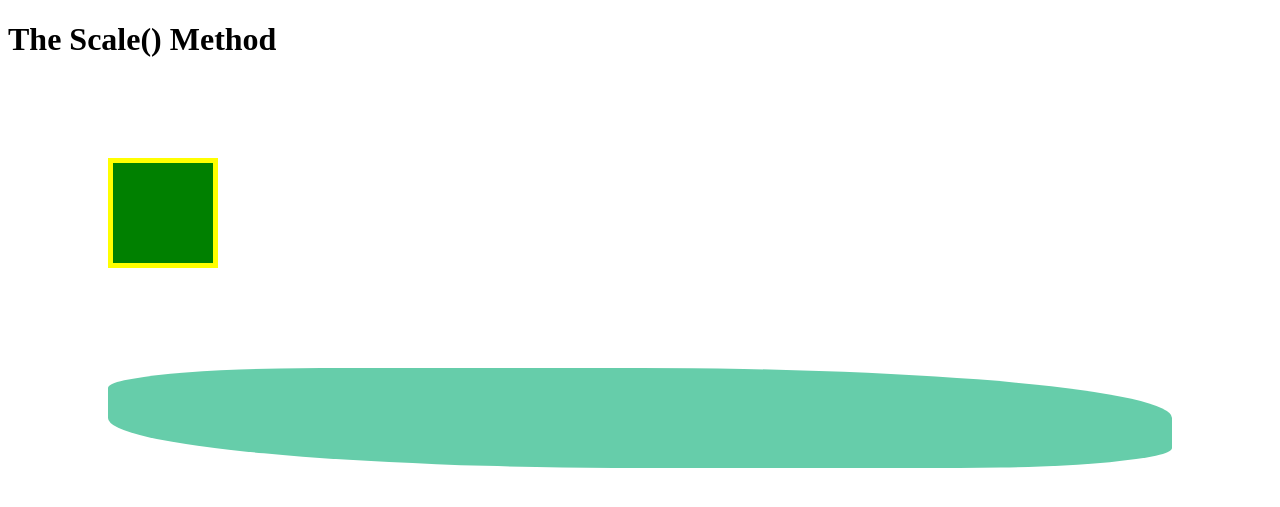
Repository: BhardwajMonika/core-java
Page: HTML2/WebContent/Scale.html
An editor plug-in stored every save of this project. The page is shown before and after the next save, followed by the edit.
The browser window is 1280 px wide. The pictures show the whole page.

Above is the page before, as saved 2019-02-27 10:20:39.

### HTML2/WebContent/Scale.html
<!DOCTYPE html>
<html>
<head>
<style type="text/css">
.square{
width:100px;
height:100px;
background-color:green;
border:5px solid Yellow;
margin:100px;
transition:transform 1s;
}

.square:hover{transform:scale(2);}

.droplet{
height:100px;
background-color:mediumaquamarine;
border-radius:20% 50%;
margin:100px;
transition:all 3s;
transition-timing:ease-in-out;
}

.droplet:hover{transform:rotateX(180deg);}
</style>
<meta charset="ISO-8859-1">
<title>Insert title here</title>
</head>
<body>
<h1>The Scale() Method</h1>
<div class="square"></div>
<div class="droplet"></div>
</body>
</html>

After the next save:
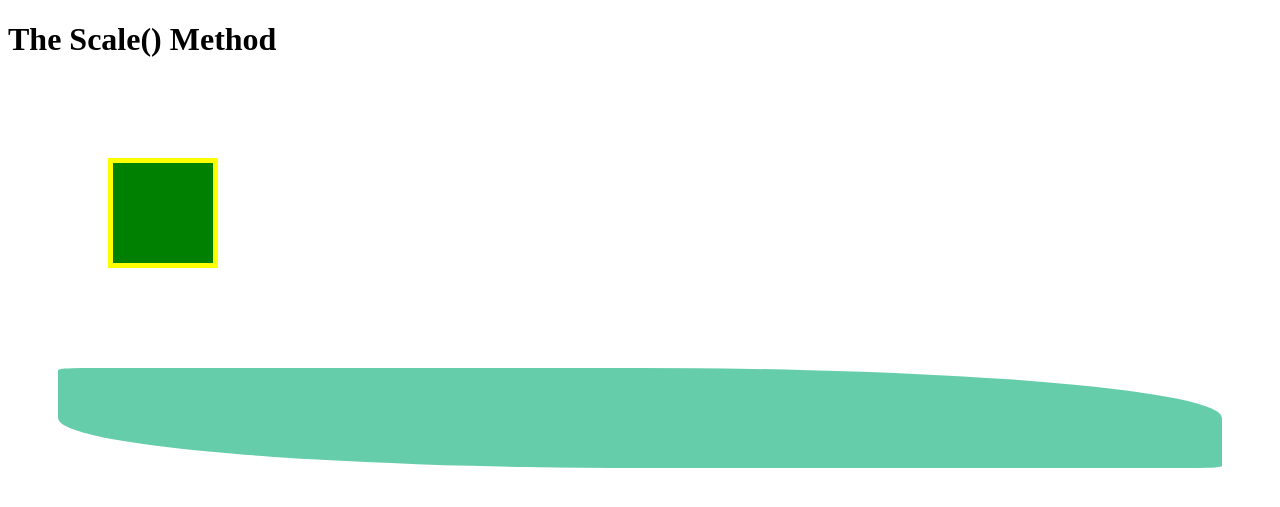
Saved 18 s later.
--- a/HTML2/WebContent/Scale.html
+++ b/HTML2/WebContent/Scale.html
@@ -16,8 +16,8 @@ transition:transform 1s;
 .droplet{
 height:100px;
 background-color:mediumaquamarine;
-border-radius:20% 50%;
-margin:100px;
+border-radius:2% 50%;
+margin:50px;
 transition:all 3s;
 transition-timing:ease-in-out;
 }
